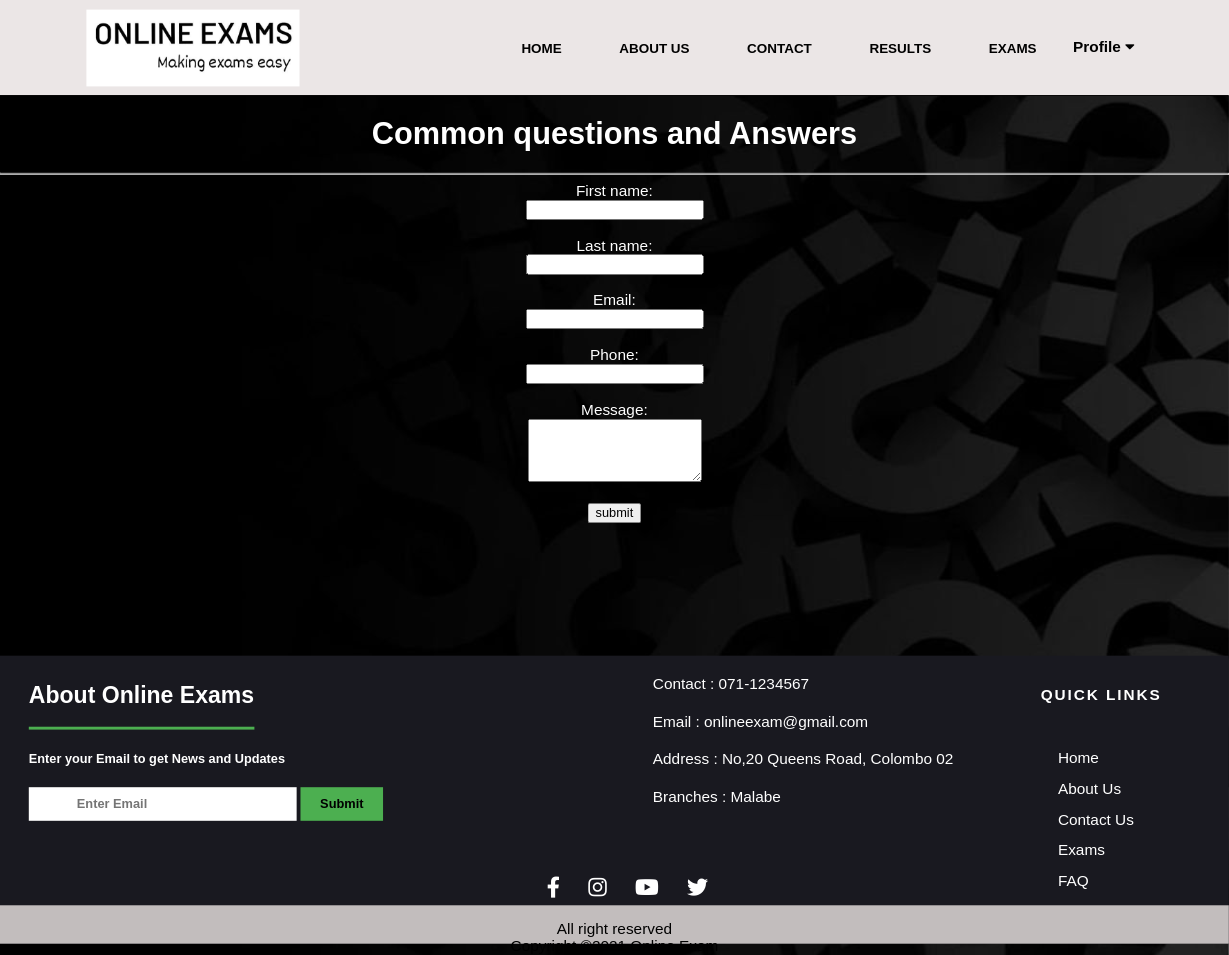
Repository: Isurinda-Shamika/online-exam
Page: http://localhost/online_exam/faq.jsp
These files come from the project's save history. The page is drawn as it stood at one moment and after the next save; the edit follows.
The browser window is 1280 px wide. The pictures show the whole page, at 96% of full size.
Some web libraries are served in a nearby version. The page is served by Tomcat 9. Nobody is signed in. The application's start-up code is not run.

Above is the page before, as saved 2022-11-05 07:11:36.

After the next save:
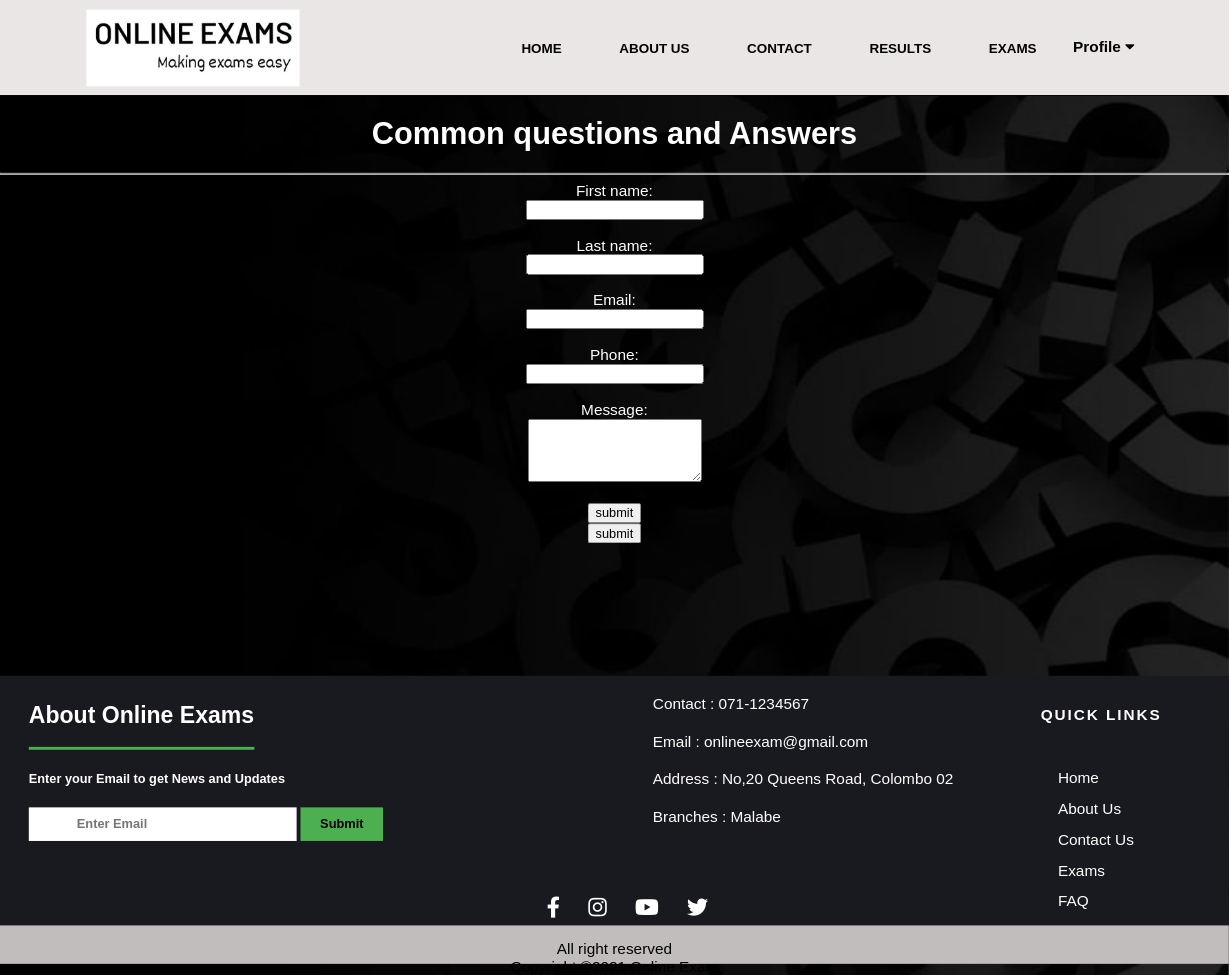
Saved 108 min 51 s later.
--- a/online exam/src/main/webapp/faq.jsp
+++ b/online exam/src/main/webapp/faq.jsp
@@ -48,17 +48,21 @@
          <center>
             <form>
 
+    <form>
+
                 <font color="white">First name:</font><br>
-                <input type="text" required><br><br>
+                <input type="text" name="fname" required><br><br>
                 <font color="white">Last name:</font><br>
-                <input type="text" required><br><br>
+                <input type="text"  name="lname"required><br><br>
                 <font color="white">Email:</font><br>
-                <input type="text" required><br><br>
+                <input type="text" name="email" required><br><br>
                 <font color="white">Phone:</font><br>
-                <input type="text" pattern="[0-]{10}" title ="Enter 10 digits"required ><br><br>
+                <input type="text" name="phone" pattern="[0-]{10}" title ="Enter 10 digits"required ><br><br>
                 <font color="white">Message:</font><br>
-                <textarea rows="4" cols="20"></textarea><br><br>
+                <textarea rows="4" name="msg" cols="20"></textarea><br><br>
 
+                <input type="submit" value="submit">
+            </form>
                 <input type="submit" value="submit">
             </form>
 		</center>
